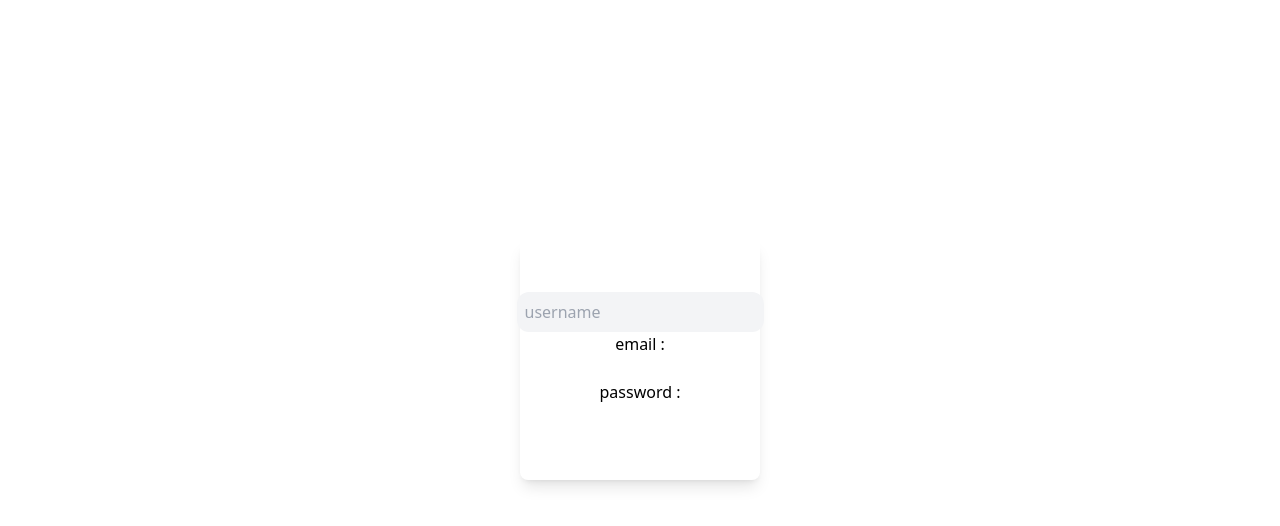
Repository: Emy-gold/alx-fe-reactjs
Page: / (app in form-handling-react/)
An editor plug-in stored every save of this project. The page is shown before and after the next save, followed by the edit.
The browser window is 1280 px wide. The pictures show the whole page.
The project was rebuilt for these pictures with package versions that can differ from the ones it lists, and the page was loaded fresh each time. Also part of the build but not shown: form-handling-react/vite.config.js.

Above is the page before, as saved 2025-08-22 21:38:39.

After the next save:
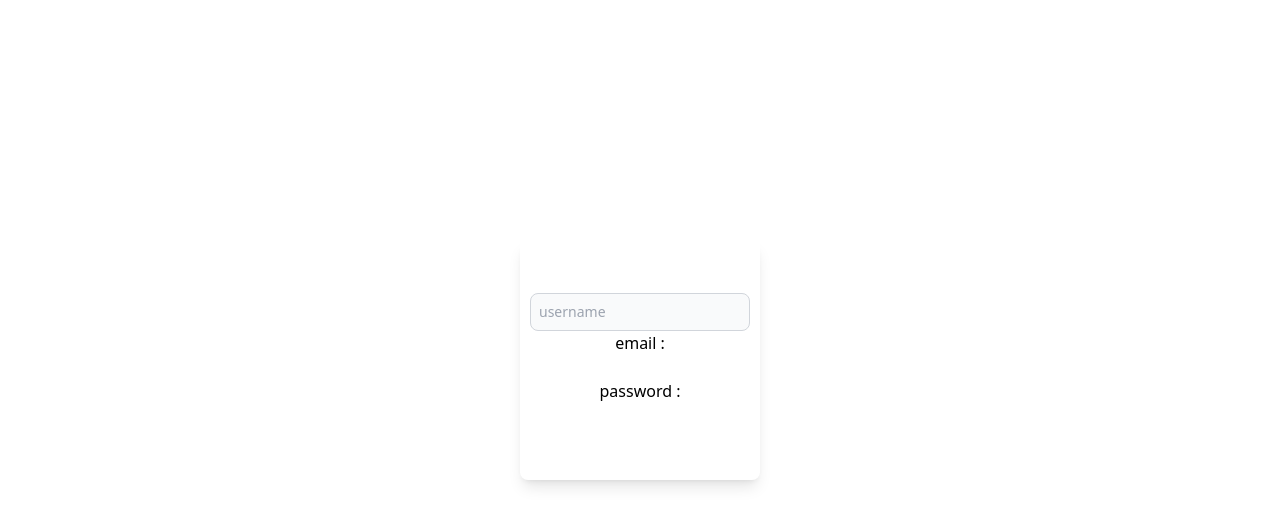
Saved 13 min 59 s later.
--- a/form-handling-react/src/components/RegistrationForm.jsx
+++ b/form-handling-react/src/components/RegistrationForm.jsx
@@ -24,7 +24,7 @@ function RegistrationForm() {
                     value={formData.name}
                     onChange={handleChange}
                     placeholder='username'
-                    className='bg-gray-100 text-400 p-2 rounded-xl'
+                    className='bg-gray-50 border border-gray-300 text-gray-900 text-sm p-2 rounded-lg'
                 />
                 <label>email :</label>
                 <input
